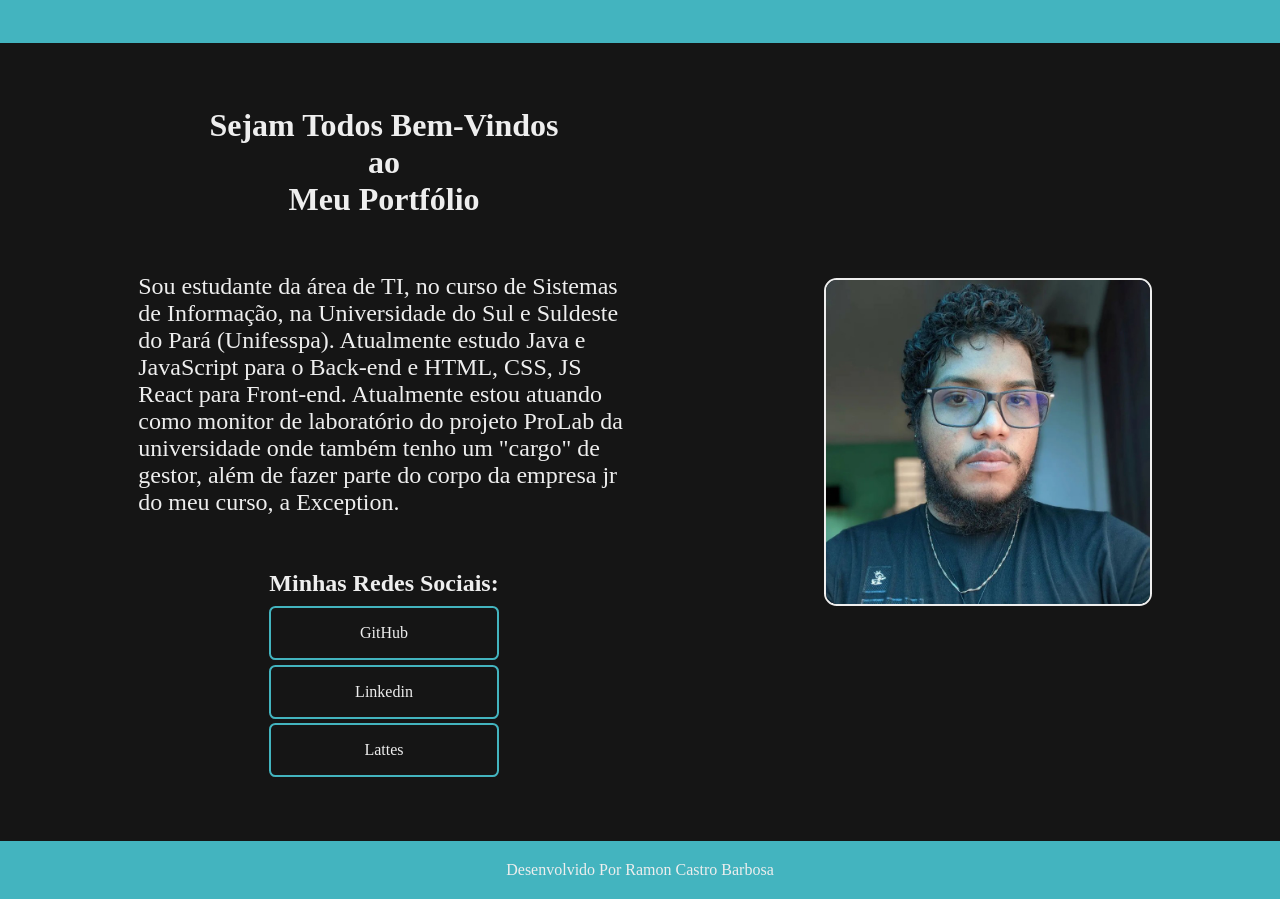
Repository: ramoncbarbosa/Web1_Atividade2
Page: index.html
The author's editor kept a copy of each file at every save. The page is drawn from the files as they stood at one save, then again after the next save.
The browser window is 1280 px wide. The pictures show the whole page.

Above is the page before, as saved 2023-06-10 16:55:07.

### index.html
<!DOCTYPE html>
<html lang="en-US">
<head>
    <meta charset="UTF-8">
    <meta name="viewport" content="width=device-width, initial-scale=1.0">
    <link rel="stylesheet" href="./styles/styles.css">
    <title>Portfólio</title>
</head>
<body>
    <header class="cabecalho">
        <nav>
           <a href=""></a>
           <a href=""></a>
        </nav>
    </header>
    <section></section>
    <main class="principal">
        <section class="principal__principal">
            <h1 class="principal__titulo"><strong>Sejam Todos Bem-Vindos<br> ao<br> Meu Portfólio</strong></h1>
            <p class="principal__texto">
                Sou estudante da área de TI, no curso de Sistemas de Informação, na Universidade do Sul e Suldeste do Pará (Unifesspa). Atualmente estudo Java e JavaScript para o Back-end e HTML, CSS, JS React para Front-end.
                    Atualmente estou atuando como monitor de laboratório do projeto ProLab da universidade onde também tenho um "cargo" de gestor, além de fazer parte do corpo da empresa jr do meu curso, a Exception.
            </p>
            <div class="princiapl__links">
                <h2 class="secundario__titulo">Minhas Redes Sociais:</h2>
                <a target="_blank" id="github" href=""><img src="" alt="">GitHub</a>
                <a target="_blank" id="linkedin" href=""><img src="" alt="">Linkedin</a>
                <a target="_blank" id="lattes" href=""><img src="" alt="">Lattes</a>
            </div>
        </section>
            <img class="imagem" src="./img/perfil.jpg" alt="">
    </main>
    <footer class="rodape">
        <p class="rodape__rodape">Desenvolvido Por Ramon Castro Barbosa</p>
    </footer>
</body>
</html>

### styles/styles.css
*{
    padding: 0;
    margin: 0;
    box-sizing: border-box;
    text-decoration: none;
    gap: 0;
}

:root{
    --cor-um: #43b4bf;
    --cor-dois: #EEEEEE;
    --cor-tres: #151515;
}

body{
    width: 100%;
    height: 80vh;
    box-sizing: border-box;
    background-color: var(--cor-tres);
    color: var(--cor-dois);
}

.cabecalho{
    width: 100%;
    height: 6vh;
    padding: 2% 0 0 10%;
    gap: 5rem;
    display: flex;
    background-color: var(--cor-um);
}

.principal{
    justify-content: space-between;
    display: flex;
    align-items: center;
    padding: 5% 10%;

}

.principal__principal{
    width: 50%;
    display: flex;
    flex-direction: column;
    gap: 1.8rem;
    text-align: center;
    align-items: center;

}

.principal__titulo{
    text-align: center;
    justify-content: center;
    font-size: 32px;
}

.principal__texto{
    display: flex;
    flex-wrap: wrap;
    justify-content: space-around;
    padding: 5% 2%;
    font-size: 24px;
    text-align: left;
}

.principal__links{
    display: flex;
    flex-direction: column;
    justify-content: center;
    text-align: center;
}

.secundario__titulo{
    margin-bottom: 4%;
}


#github{
    display: flex;
    align-items: center;
    justify-content: center;
    text-align: center;
    border: 2px solid var(--cor-um);
    border-radius: 0.4rem;
    width: 100%;
    text-decoration: none;
    padding: 1rem 0;
    margin-bottom: 2%;
    color: var(--cor-dois);
}

#linkedin{
    display: flex;
    align-items: center;
    justify-content: center;
    text-align: center;
    border: 2px solid var(--cor-um);
    border-radius: 0.4rem;
    width: 100%;
    text-decoration: none;
    padding: 1rem 0;
    margin-bottom: 2%;
    color: var(--cor-dois);
}

#lattes{
    display: flex;
    align-items: center;
    justify-content: center;
    text-align: center;
    border: 2px solid var(--cor-um);
    border-radius: 0.4rem;
    width: 100%;
    text-decoration: none;
    padding: 1rem 0;
    color: var(--cor-dois);
}

.imagem{
    width: 32%;
    display: flex;
    justify-content: center;
    border-radius: 0.8rem;
    border: 2px solid var(--cor-dois);
}

.rodape{
    width: 100%;
    height: 8vh;
    display: flex;
    align-items: center;
    flex-wrap: wrap;
    justify-content: space-around;

    background-color: var(--cor-um);
}

.rodape__rodape{
    text-align: center;
    padding: 1.5%;
}

After the next save:
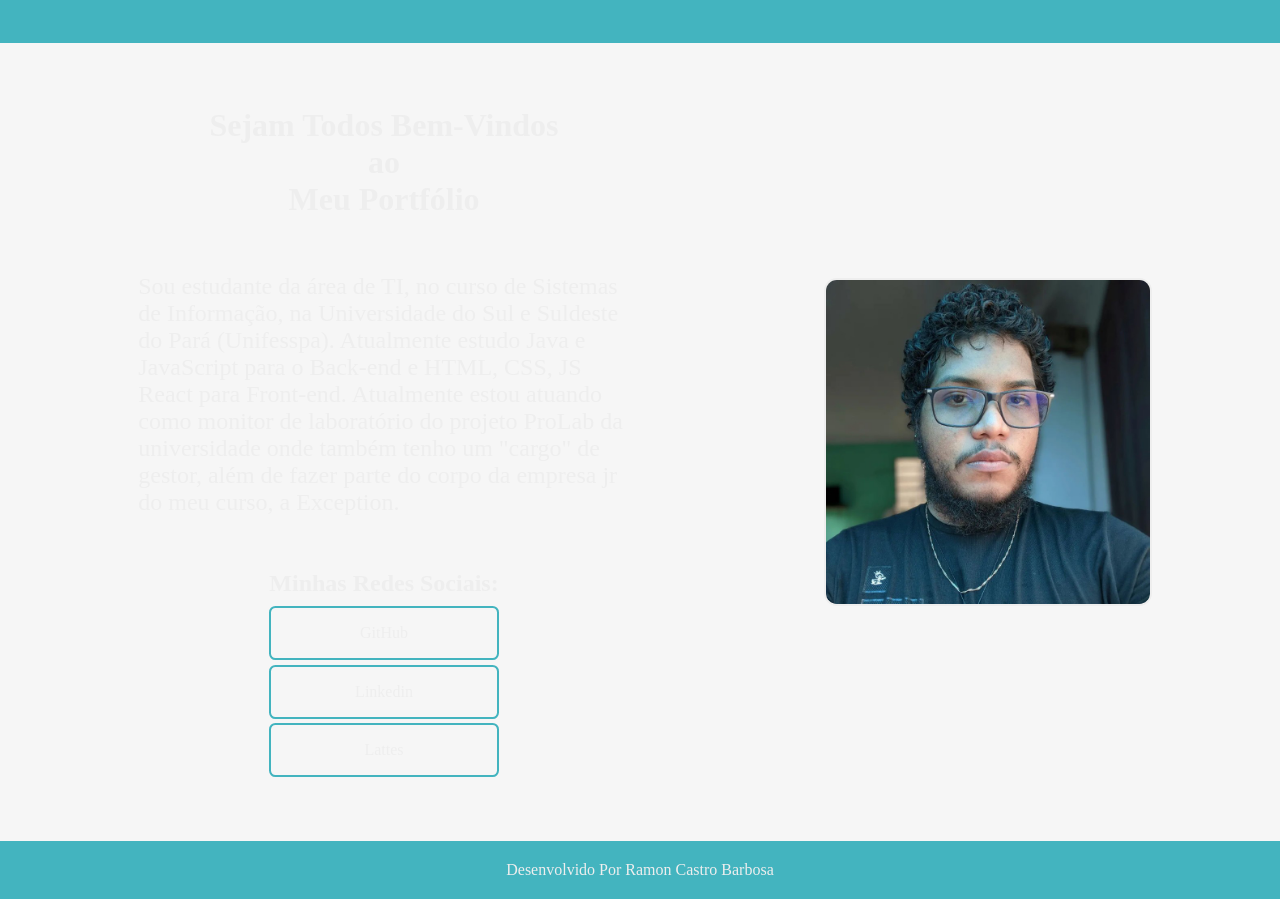
Saved 5 min 33 s later.
--- a/styles/styles.css
+++ b/styles/styles.css
@@ -9,7 +9,7 @@
 :root{
     --cor-um: #43b4bf;
     --cor-dois: #EEEEEE;
-    --cor-tres: #151515;
+    --cor-tres: #f6f6f6;
 }
 
 body{
